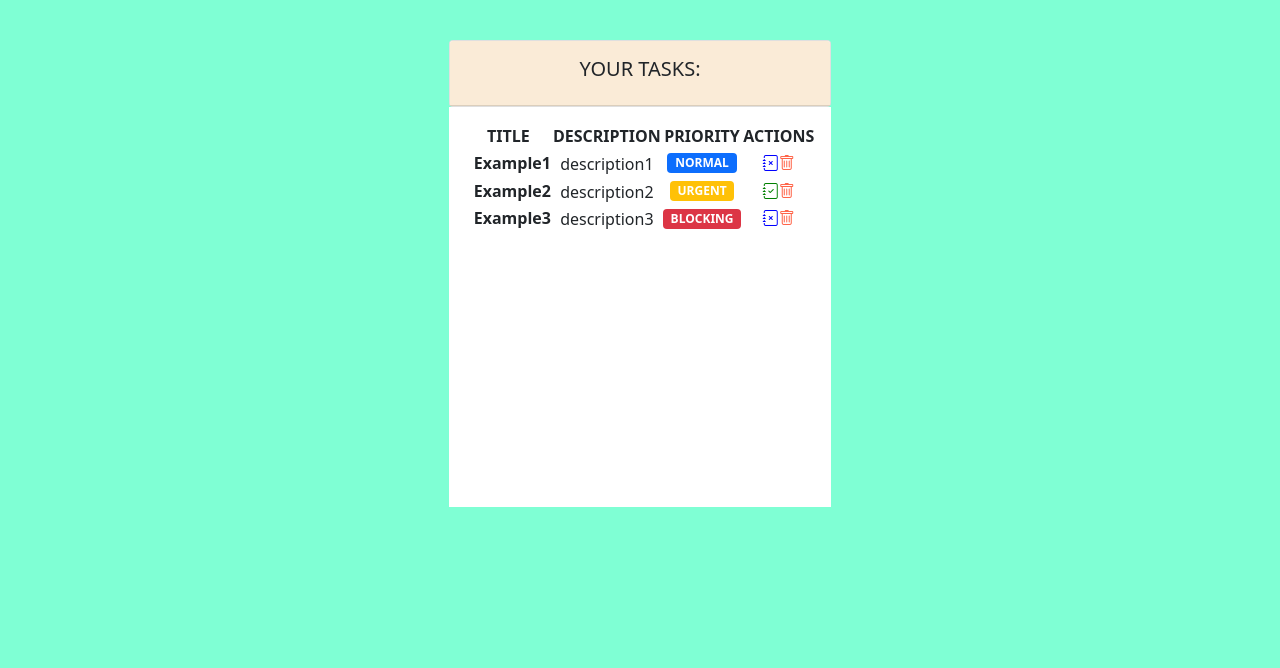
Repository: abgdev1997/proyecto-evo
Page: /about
The author's editor kept a copy of each file at every save. The page is drawn from the files as they stood at one save, then again after the next save.
The browser window is 1280 px wide. The pictures show the whole page.
The project was rebuilt for these pictures with package versions that can differ from the ones it lists, and the page was loaded fresh each time.

Above is the page before, as saved 2022-01-27 16:50:41.

After the next save:
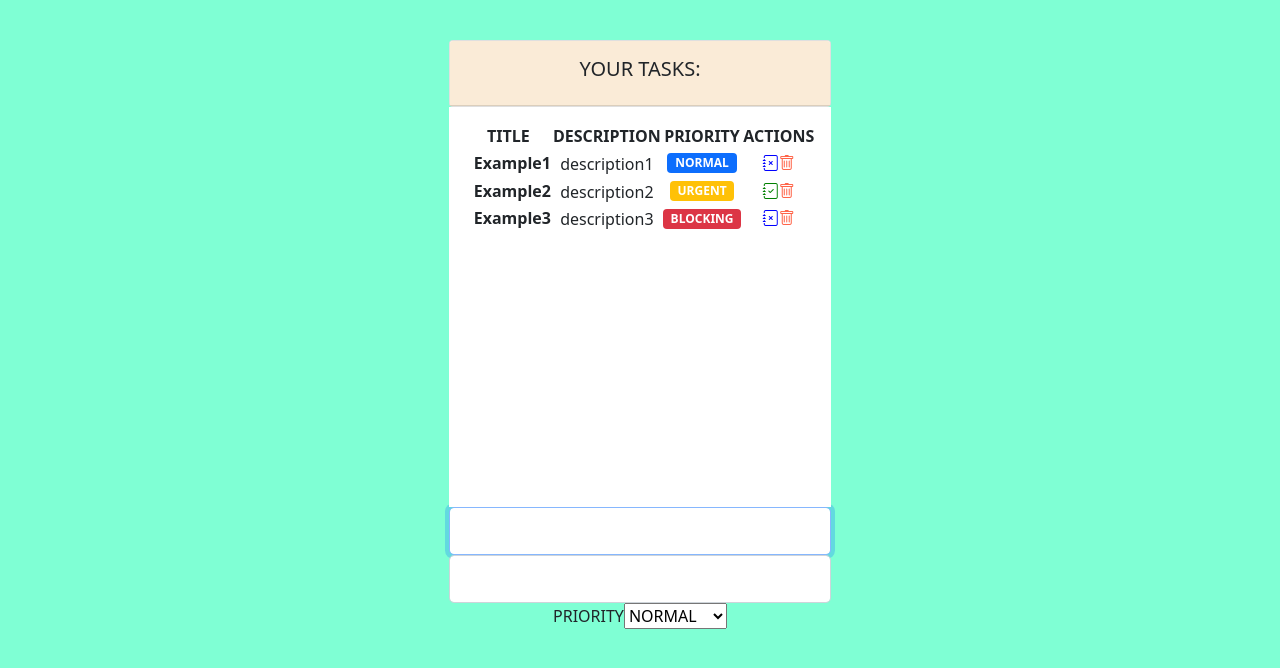
Saved 21 s later.
--- a/src/components/container/task_list.jsx
+++ b/src/components/container/task_list.jsx
@@ -3,6 +3,8 @@ import {Task} from '../../models/levels.class'
 import { LEVELS } from '../../models/levels.enum';
 import TaskComponent from '../pure/task_component'
 import '../../styles/task.scss'
+import { serialize } from 'v8';
+import TaskForm from '../pure/forms/taskForm';
 
 const TaskList = () => {
 
@@ -48,6 +50,16 @@ const TaskList = () => {
         setTasks(tempTasks);
     }
 
+    const addTask = (task) => {
+        console.log('Creating this task:', task)
+        //Guardamos la lista de tareas dentro de una variable temporal
+        const tempTasks = [...tasks];
+        //Añadimos la tarea nueva a la lista temporal
+        tempTasks.push(task);
+        //Sustituimos la antigua lista por la lista temporal
+        setTasks(tempTasks);
+    }
+
     return (
         <div>
             {/* Dividimos el contenedor en 12 columnas */}
@@ -88,6 +100,7 @@ const TaskList = () => {
                     </table>
                 </div>
             </div>
+            <TaskForm></TaskForm>
         </div>
     );
 };
